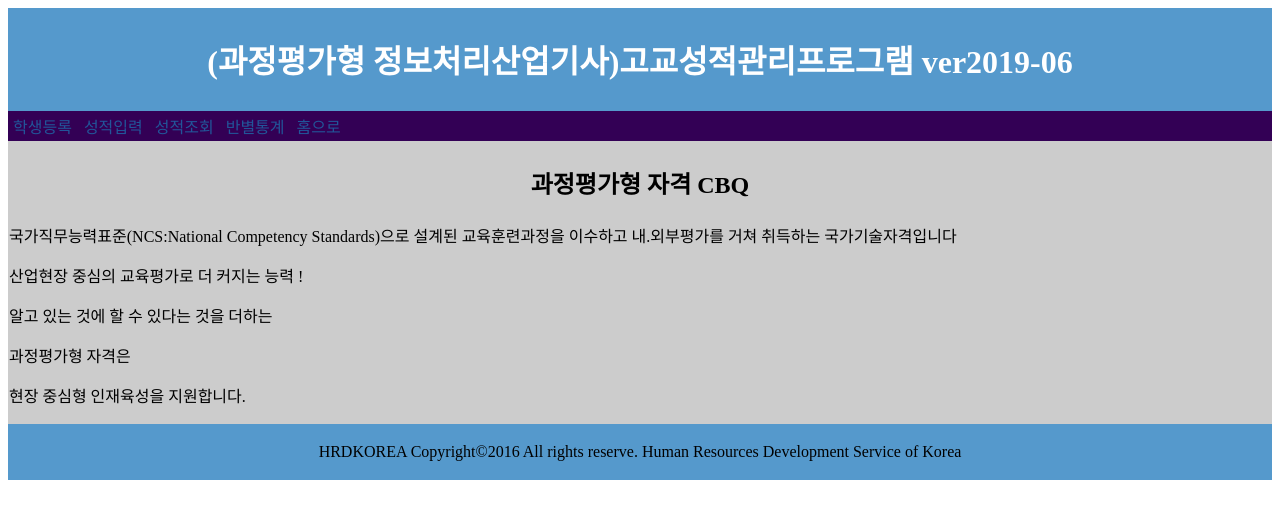
Repository: bolbbal/jdbc
Page: http://localhost/cbq_99/
These files come from the project's save history. The page is drawn as it stood at one moment and after the next save; the edit follows.
The browser window is 1280 px wide. The pictures show the whole page.
The page is served by Tomcat 9.

Above is the page before, as saved 2024-08-26 05:34:06.

After the next save:
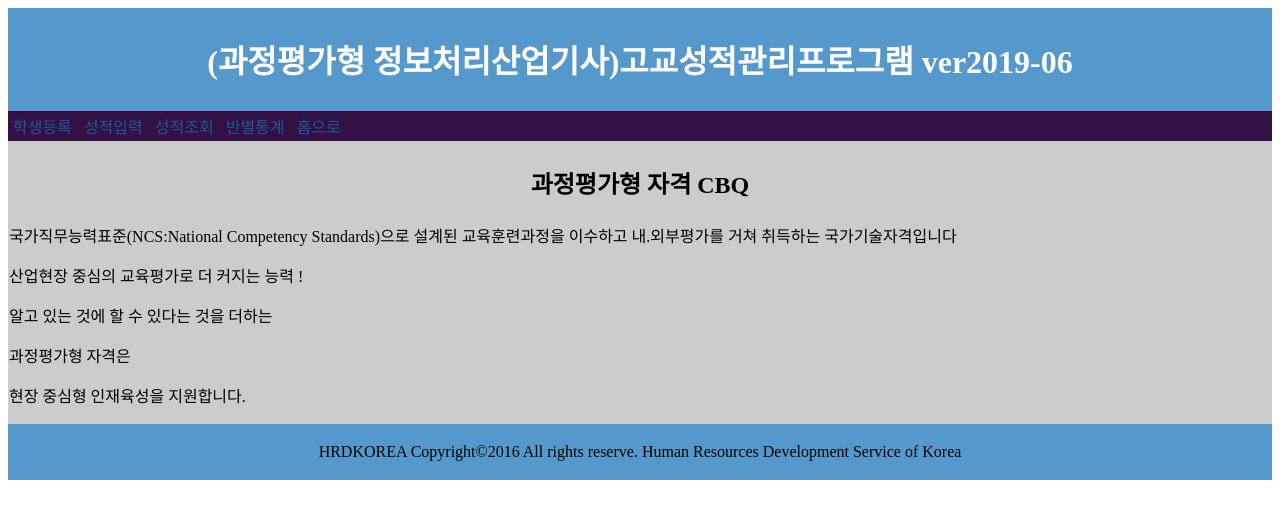
Saved 11 s later.
--- a/javastudy18/jspStudy/cbq_99/cbq_99/WebContent/index.jsp
+++ b/javastudy18/jspStudy/cbq_99/cbq_99/WebContent/index.jsp
@@ -22,7 +22,7 @@ h1 {
 }
 
 nav {
-	background: #305;
+	background: #314;
 	padding: 1px
 }
 
